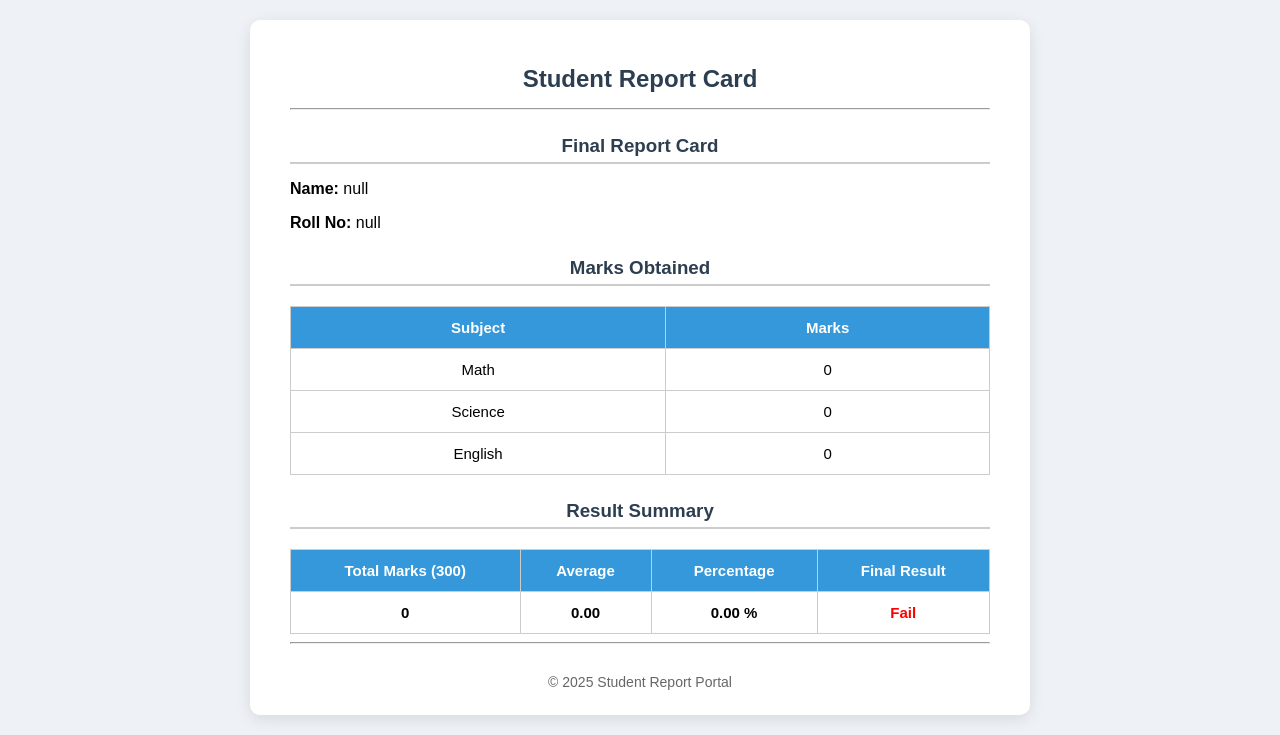
Repository: ashwinii19/Core-Java-Learning
Page: http://localhost/24-JSP/profile.jsp
The author's editor kept a copy of each file at every save. The page is drawn from the files as they stood at one save, then again after the next save.
The browser window is 1280 px wide. The pictures show the whole page.
The page is served by Tomcat 9.

Above is the page before, as saved 2025-08-20 03:38:41.

### 24-JSP/src/main/webapp/profile.jsp
<%@ page language="java" contentType="text/html; charset=ISO-8859-1"
	pageEncoding="ISO-8859-1" errorPage="error.jsp"%>
<jsp:useBean id="student" class="com.model.Student" scope="session" />
<jsp:setProperty name="student" property="*" />
<!DOCTYPE html>
<html>
<head>
<meta charset="ISO-8859-1">
<title>Profile</title>
</head>
<body>
    <jsp:include page="header.jsp"/>

    <h3>Student Profile</h3>
    Name: <jsp:getProperty name="student" property="name"/><br>
    Roll No: <jsp:getProperty name="student" property="rollNo"/><br>
    Math: <jsp:getProperty name="student" property="math"/><br>
    Science: <jsp:getProperty name="student" property="science"/><br>
    English: <jsp:getProperty name="student" property="english"/><br><br>

    <jsp:forward page="result.jsp">
        <jsp:param name="math" value="<%= student.getMath() %>"/>
        <jsp:param name="science" value="<%= student.getScience() %>"/>
        <jsp:param name="english" value="<%= student.getEnglish() %>"/>
        <jsp:param name="name" value="<%= student.getName() %>"/>
        <jsp:param name="rollNo" value="<%= student.getRollNo() %>"/>
    </jsp:forward>

    <jsp:include page="footer.jsp"/>
</body>
</html>

### 24-JSP/src/main/webapp/header.jsp
<%@ page language="java" contentType="text/html; charset=ISO-8859-1"
	pageEncoding="ISO-8859-1"%>
<!DOCTYPE html>
<html>
<head>
<meta charset="ISO-8859-1">
<link rel="stylesheet" type="text/css" href="css/style.css">
<title>Header</title>
</head>
<body>
	<div class="container">
		<h2>Student Report Card</h2>
		<hr />
</body>
</html>

### 24-JSP/src/main/webapp/result.jsp
<%@ page language="java" contentType="text/html; charset=ISO-8859-1"
    pageEncoding="ISO-8859-1"%>
<!DOCTYPE html>
<html>
<head>
<meta charset="ISO-8859-1">
<title>Result</title>
</head>
<body>
    <jsp:include page="header.jsp"/>

    <h3>Final Report Card</h3>

    <%
        String name = request.getParameter("name");
        String rollNo = request.getParameter("rollNo");
        int math = Integer.parseInt(request.getParameter("math"));
        int science = Integer.parseInt(request.getParameter("science"));
        int english = Integer.parseInt(request.getParameter("english"));

        int total = math + science + english;
        double avg = total / 3.0;
        double percentage = (total / 300.0) * 100;

        String result;
        if (math < 35 || science < 35 || english < 35) {
            result = "Fail";
        } else if (avg >= 90) {
            result = "A+";
        } else if (avg >= 80) {
            result = "A";
        } else if (avg >= 70) {
            result = "B";
        } else if (avg >= 60) {
            result = "C";
        } else {
            result = "Fail";
        }
    %>

    <p><strong>Name:</strong> <%= name %></p>
    <p><strong>Roll No:</strong> <%= rollNo %></p>

    <!-- Marks Table -->
    <h3>Marks Obtained</h3>
    <table>
        <tr>
            <th>Subject</th>
            <th>Marks</th>
        </tr>
        <tr><td>Math</td><td><%= math %></td></tr>
        <tr><td>Science</td><td><%= science %></td></tr>
        <tr><td>English</td><td><%= english %></td></tr>
    </table>

    <!-- Result Summary Table -->
    <h3>Result Summary</h3>
    <table class="result-table">
        <tr>
            <th>Total Marks (300)</th>
            <th>Average</th>
            <th>Percentage</th>
            <th>Final Result</th>
        </tr>
        <tr>
            <td><%= total %></td>
            <td><%= String.format("%.2f", avg) %></td>
            <td><%= String.format("%.2f", percentage) %> %</td>
            <td class="<%= result.equals("Fail") ? "status-fail" : "status-pass" %>">
                <%= result %>
            </td>
        </tr>
    </table>

    <jsp:include page="footer.jsp"/>
</body>
</html>

### 24-JSP/src/main/webapp/footer.jsp
<%@ page language="java" contentType="text/html; charset=ISO-8859-1"
	pageEncoding="ISO-8859-1"%>
<!DOCTYPE html>
<html>
<head>
<meta charset="ISO-8859-1">
<title>Footer</title>
</head>
<body>
	<hr />
	<footer>&copy; 2025 Student Report Portal</footer>
	</div>
</body>
</html>

### 24-JSP/src/main/java/com/model/Student.java
package com.model;

public class Student {
	private String name;
	private String rollNo;
	private int math;
	private int science;
	private int english;

	public String getName() {
		return name;
	}

	public void setName(String name) {
		this.name = name;
	}

	public String getRollNo() {
		return rollNo;
	}

	public void setRollNo(String rollNo) {
		this.rollNo = rollNo;
	}

	public int getMath() {
		return math;
	}

	public void setMath(int math) {
		this.math = math;
	}

	public int getScience() {
		return science;
	}

	public void setScience(int science) {
		this.science = science;
	}

	public int getEnglish() {
		return english;
	}

	public void setEnglish(int english) {
		this.english = english;
	}
}

### 24-JSP/src/main/webapp/css/style.css
/* General Page Styling */
body {
    font-family: Arial, sans-serif;
    background-color: #eef2f7;
    margin: 0;
    padding: 20px;
}

/* Centered Card Container */
.container {
    max-width: 700px;
    margin: auto;
    background: #ffffff;
    padding: 25px 40px;
    border-radius: 10px;
    box-shadow: 0 4px 15px rgba(0,0,0,0.1);
}

/* Headings */
h1, h2, h3 {
    text-align: center;
    color: #2c3e50;
    margin-bottom: 15px;
}

h3 {
    margin-top: 25px;
    border-bottom: 2px solid #ccc;
    padding-bottom: 5px;
}

/* Form */
form {
    display: flex;
    flex-direction: column;
    gap: 12px;
    margin-top: 20px;
}

input[type="text"],
input[type="number"] {
    padding: 10px;
    border: 1px solid #ccc;
    border-radius: 6px;
    font-size: 14px;
}

input[type="submit"] {
    background: #3498db;
    color: white;
    border: none;
    padding: 12px;
    border-radius: 6px;
    font-size: 16px;
    cursor: pointer;
}

input[type="submit"]:hover {
    background: #2980b9;
}

/* Pass/Fail colors */
.status-pass {
    color: green;
    font-weight: bold;
}
.status-fail {
    color: red;
    font-weight: bold;
}

/* Table Styling */
table {
    width: 100%;
    border-collapse: collapse;
    margin-top: 20px;
}

table, th, td {
    border: 1px solid #ccc;
}

th, td {
    padding: 12px;
    text-align: center;
    font-size: 15px;
}

th {
    background-color: #3498db;
    color: white;
}

.result-table td {
    font-weight: bold;
}


/* Footer */
footer {
    text-align: center;
    color: #666;
    font-size: 14px;
    margin-top: 30px;
}

After the next save:
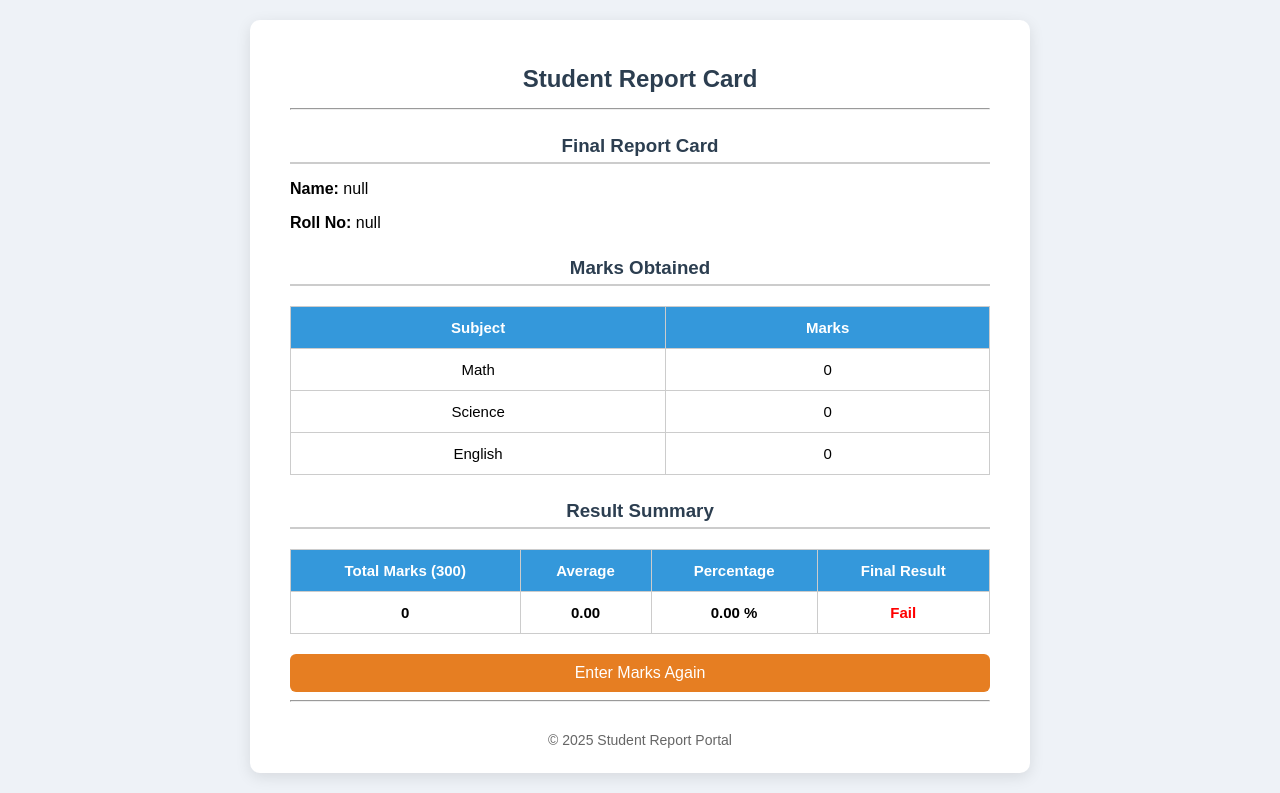
Saved 2 min 1 s later.
--- a/24-JSP/src/main/webapp/result.jsp
+++ b/24-JSP/src/main/webapp/result.jsp
@@ -72,6 +72,14 @@
         </tr>
     </table>
 
+    <!-- Back Button -->
+    <div style="text-align:center; margin-top:20px;">
+        <form action="index.jsp" method="get">
+            <input type="submit" value="Enter Marks Again"
+                   style="background:#e67e22; color:white; border:none; padding:10px 20px; border-radius:6px; cursor:pointer;">
+        </form>
+    </div>
+
     <jsp:include page="footer.jsp"/>
 </body>
 </html>
